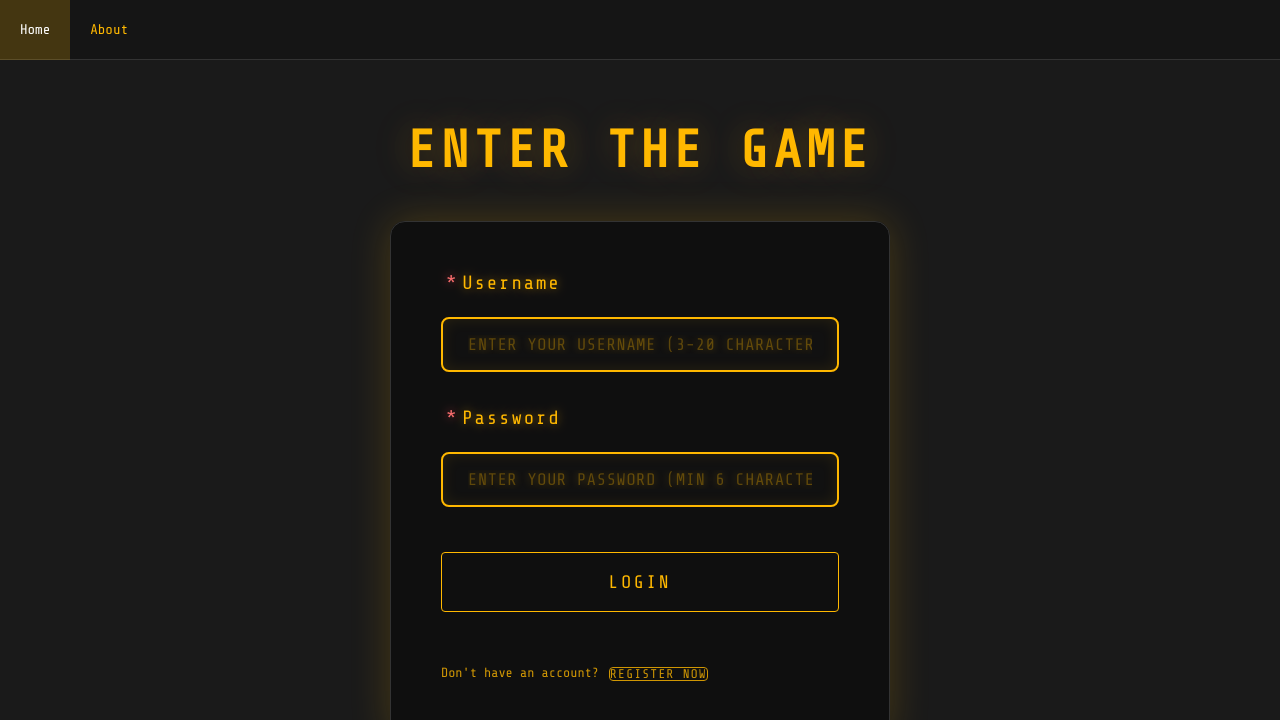
Repository: qqqq121114/se_417
Page: /login (app in client/)
These files come from the project's save history. The page is drawn as it stood at one moment and after the next save; the edit follows.
The browser window is 1280 px wide. The pictures show the whole page.
An inner scrolling area shows only its first screen. The project was rebuilt for these pictures with package versions that can differ from the ones it lists, and the page was loaded fresh each time. Also part of the build but not shown: client/vite.config.js, client/src/views/Home.vue.

Above is the page before, as saved 2024-12-08 13:56:14.

### client/src/main.js
import { createApp } from 'vue'
import { createPinia } from 'pinia'
import ElementPlus from 'element-plus'
import 'element-plus/dist/index.css'
import App from './App.vue'
import router from './router'

const app = createApp(App)

app.use(createPinia())
app.use(router)
app.use(ElementPlus)

app.mount('#app')

### client/src/App.vue
<template>
  <div id="app" class="cyber-theme">
    <el-container>
      <el-header>
        <el-menu mode="horizontal" router class="cyber-menu">
          <el-menu-item index="/">Home</el-menu-item>
          <el-menu-item index="/about">About</el-menu-item>
        </el-menu>
      </el-header>
      <el-main>
        <router-view></router-view>
      </el-main>
    </el-container>
  </div>
</template>

<script setup>
import { ElContainer, ElHeader, ElMain, ElMenu, ElMenuItem } from 'element-plus'
import 'element-plus/dist/index.css'
</script>

<style>
@import url('https://fonts.googleapis.com/css2?family=Share+Tech+Mono&display=swap');

/* 重置默认样式 */
* {
  margin: 0;
  padding: 0;
  box-sizing: border-box;
}

html, body {
  margin: 0;
  padding: 0;
  width: 100%;
  height: 100%;
  overflow-x: hidden;
  background-color: var(--cyber-bg);
}

:root {
  --cyber-bg: #1a1a1a;
  --cyber-text: #FFB800;
  --cyber-glow: #FFB80033;
  --cyber-border: #333333;
}

#app {
  font-family: 'Share Tech Mono', monospace;
  -webkit-font-smoothing: antialiased;
  -moz-osx-font-smoothing: grayscale;
  color: var(--cyber-text);
  background-color: var(--cyber-bg);
  min-height: 100vh;
  width: 100%;
  margin: 0;
  padding: 0;
}

.cyber-theme {
  background: var(--cyber-bg);
  min-height: 100vh;
  width: 100%;
}

.el-container {
  min-height: 100vh;
  margin: 0;
  padding: 0;
}

.el-header {
  padding: 0;
  background: rgba(0, 0, 0, 0.2);
  border-bottom: 1px solid var(--cyber-border);
  margin: 0;
}

.el-main {
  padding: 20px;
  background: var(--cyber-bg);
  margin: 0;
}

.cyber-menu {
  background: transparent !important;
  border: none !important;
  margin: 0;
  padding: 0;
}

.el-menu--horizontal > .el-menu-item {
  color: var(--cyber-text) !important;
  font-family: 'Share Tech Mono', monospace !important;
  border: none !important;
}

.el-menu--horizontal > .el-menu-item:hover,
.el-menu--horizontal > .el-menu-item:focus,
.el-menu--horizontal > .el-menu-item.is-active {
  color: #fff !important;
  background: var(--cyber-glow) !important;
  border: none !important;
}

/* 全局按钮样式 */
.el-button {
  background: transparent !important;
  border: 1px solid var(--cyber-text) !important;
  color: var(--cyber-text) !important;
  font-family: 'Share Tech Mono', monospace !important;
  transition: all 0.3s ease;
}

.el-button:hover {
  background: var(--cyber-glow) !important;
  color: #fff !important;
  box-shadow: 0 0 10px var(--cyber-glow);
}

/* 卡片样式 */
.el-card {
  background: rgba(0, 0, 0, 0.2) !important;
  border: 1px solid var(--cyber-border) !important;
  backdrop-filter: blur(5px);
}

.el-card__header {
  border-bottom: 1px solid var(--cyber-border) !important;
}
</style>

### client/src/router/index.js
import { createRouter, createWebHistory } from 'vue-router'
import Home from '../views/Home.vue'

const routes = [
  {
    path: '/',
    name: 'Home',
    component: Home
  },
  {
    path: '/about',
    name: 'About',
    component: () => import('../views/About.vue')
  },
  {
    path: '/register',
    name: 'Register',
    component: () => import('../views/Register.vue')
  },
  {
    path: '/login',
    name: 'Login',
    component: () => import('../views/Login.vue'),
    props: route => ({ key: Date.now() })
  }
]

const router = createRouter({
  history: createWebHistory(),
  routes
})

export default router

### client/src/views/Login.vue
<template>
  <div class="login">
    <h1 class="cyber-title">Enter The Game</h1>
    <div class="login-form">
      <el-form
        :model="form"
        :rules="rules"
        ref="formRef"
        label-position="top"
        status-icon
      >
        <el-form-item prop="username" label="Username">
          <el-input
            v-model="form.username"
            placeholder="Enter your username (3-20 characters)"
            class="cyber-input"
          ></el-input>
        </el-form-item>
        <el-form-item prop="password" label="Password" class="password-item">
          <el-input
            v-model="form.password"
            type="password"
            placeholder="Enter your password (min 6 characters)"
            show-password
            class="cyber-input"
          ></el-input>
        </el-form-item>
        <el-form-item class="button-item">
          <el-button class="cyber-button" type="primary" @click="submitForm">Login</el-button>
          <div class="form-footer">
            <span>Don't have an account?</span>
            <el-button
              class="register-link"
              type="text"
              @click="$router.push('/register')"
            >
              Register Now
            </el-button>
          </div>
        </el-form-item>
      </el-form>
    </div>
  </div>
</template>

<script setup>
import { ref, reactive } from 'vue'
import { ElMessage } from 'element-plus'
import axios from 'axios'
import { useRouter } from 'vue-router'

const router = useRouter()
const formRef = ref(null)

// 表单数据
const form = reactive({
  username: '',
  password: ''
})

// 验证规则
const rules = {
  username: [
    { required: true, message: 'Please enter your username', trigger: 'blur' },
    { min: 3, max: 20, message: 'Length should be 3 to 20 characters', trigger: 'blur' }
  ],
  password: [
    { required: true, message: 'Please enter your password', trigger: 'blur' },
    { min: 6, message: 'Password must be at least 6 characters', trigger: 'blur' }
  ]
}

// 提交表单
const submitForm = async () => {
  if (!formRef.value) return

  try {
    console.log('Starting form validation...')
    await formRef.value.validate()
    console.log('Form validation passed')

    // 发送登录请求
    console.log('Sending login request...')
    const response = await axios.post('http://localhost:3000/api/users/login', {
      username: form.username,
      password: form.password
    })

    console.log('Login successful:', response.data)
    ElMessage.success('Login successful!')

    // 登录成功后跳转到首页
    setTimeout(() => {
      router.push('/')
    }, 1500)
  } catch (error) {
    console.error('Full error object:', error)

    if (error.response) {
      // 服务器返回的错误信息
      console.error('Server error:', error.response.data)
      ElMessage.error(error.response.data.message || 'Login failed')
    } else if (error.message) {
      // 表单验证错误
      console.error('Validation error:', error.message)
      ElMessage.error(error.message)
    } else {
      console.error('Unknown error:', error)
      ElMessage.error('Login failed')
    }
  }
}
</script>

<style scoped>
.login {
  display: flex;
  flex-direction: column;
  align-items: center;
  padding: 40px 20px;
  min-height: calc(100vh - 60px);
}

.cyber-title {
  font-size: 4vw;
  width: 60vw;
  color: var(--cyber-text);
  text-transform: uppercase;
  letter-spacing: 0.1em;
  margin-bottom: 40px;
  text-shadow: 0 0 20px var(--cyber-glow);
  animation: breathe 3s ease-in-out infinite;
  user-select: none;
  text-align: center;
  line-height: 1.2;
  white-space: normal;
  word-wrap: break-word;
  padding: 0 20px;
}

.login-form {
  width: 100%;
  max-width: 500px;
  background: rgba(0, 0, 0, 0.4);
  padding: 50px;
  border-radius: 15px;
  border: 1px solid var(--cyber-border);
  box-shadow: 0 0 30px rgba(255, 184, 0, 0.15);
  backdrop-filter: blur(10px);
  animation: formGlow 4s ease-in-out infinite;
}

.el-form-item {
  margin-bottom: 35px;
}

.password-item {
  margin-bottom: 45px;
}

:deep(.el-form-item__label) {
  color: #ffb800 !important;
  font-family: 'Share Tech Mono', monospace;
  font-size: 1.2em;
  padding-bottom: 15px;
  text-shadow: 0 0 10px rgba(255, 184, 0, 0.5);
  text-transform: capitalize;
  letter-spacing: 0.1em;
  margin-left: 5px;
}

:deep(.el-form-item__label::before) {
  content: '*';
  color: #ff4757;
  margin-right: 4px;
  text-shadow: 0 0 10px rgba(255, 71, 87, 0.6);
}

:deep(.el-input__wrapper) {
  background: transparent !important;
  box-shadow: none !important;
  padding: 0 !important;
  border: none !important;
}

:deep(.el-input__inner) {
  background: rgba(18, 18, 18, 0.95) !important;
  border: 2px solid var(--cyber-text) !important;
  color: #ffb800 !important;
  font-family: 'Share Tech Mono', monospace;
  height: 55px;
  padding: 0 25px !important;
  font-size: 1.2em;
  letter-spacing: 0.05em;
  transition: all 0.3s ease;
  border-radius: 8px;
  caret-color: #ffb800;
  text-shadow: 0 0 10px rgba(255, 184, 0, 0.3);
  box-shadow: inset 0 0 15px rgba(255, 184, 0, 0.1);
}

:deep(.el-input__inner::placeholder) {
  color: rgba(255, 184, 0, 0.3) !important;
  font-family: 'Share Tech Mono', monospace;
  letter-spacing: 0.05em;
  text-transform: uppercase;
}

:deep(.el-input__inner:hover) {
  border-color: #ffb800 !important;
  box-shadow: inset 0 0 20px rgba(255, 184, 0, 0.2),
              0 0 15px rgba(255, 184, 0, 0.3) !important;
  background: rgba(28, 28, 28, 0.95) !important;
}

:deep(.el-input__inner:focus) {
  border-color: #ffb800 !important;
  box-shadow: inset 0 0 25px rgba(255, 184, 0, 0.3),
              0 0 25px rgba(255, 184, 0, 0.4) !important;
  background: rgba(22, 22, 22, 0.95) !important;
  animation: inputPulse 1.5s infinite;
}

@keyframes inputPulse {
  0% {
    box-shadow: inset 0 0 25px rgba(255, 184, 0, 0.2),
                0 0 25px rgba(255, 184, 0, 0.3);
  }
  50% {
    box-shadow: inset 0 0 35px rgba(255, 184, 0, 0.3),
                0 0 35px rgba(255, 184, 0, 0.4);
  }
  100% {
    box-shadow: inset 0 0 25px rgba(255, 184, 0, 0.2),
                0 0 25px rgba(255, 184, 0, 0.3);
  }
}

:deep(.el-input__suffix) {
  right: 15px !important;
}

:deep(.el-input__suffix-inner) {
  color: var(--cyber-text) !important;
  opacity: 0.8;
  transition: all 0.3s ease;
}

:deep(.el-input__suffix-inner:hover) {
  opacity: 1;
  text-shadow: 0 0 10px var(--cyber-glow);
}

:deep(.el-input.is-focus .el-input__wrapper) {
  box-shadow: none !important;
}

:deep(.el-form-item.is-error .el-input__inner) {
  border-color: #ff4757 !important;
  box-shadow: 0 0 15px rgba(255, 71, 87, 0.4) !important;
  animation: errorPulse 1.5s infinite;
}

@keyframes errorPulse {
  0% {
    box-shadow: 0 0 15px rgba(255, 71, 87, 0.4);
  }
  50% {
    box-shadow: 0 0 25px rgba(255, 71, 87, 0.6);
  }
  100% {
    box-shadow: 0 0 15px rgba(255, 71, 87, 0.4);
  }
}

.button-item {
  margin-top: 20px;
  margin-bottom: 0;
}

.cyber-button {
  width: 100%;
  height: 60px;
  font-size: 1.3em;
  letter-spacing: 0.15em;
  margin-bottom: 25px;
  background: transparent !important;
  border: 1px solid var(--cyber-text) !important;
  color: var(--cyber-text) !important;
  font-family: 'Share Tech Mono', monospace;
  transition: all 0.3s ease;
  text-transform: uppercase;
  border-radius: 4px;
  position: relative;
  overflow: hidden;
}

.cyber-button:hover {
  background: var(--cyber-text) !important;
  color: #1a1a1a !important;
  box-shadow: 0 0 30px var(--cyber-glow);
  transform: translateY(-2px);
}

.cyber-button::after {
  content: '';
  position: absolute;
  top: -50%;
  left: -50%;
  width: 200%;
  height: 200%;
  background: linear-gradient(
    to bottom right,
    rgba(255, 184, 0, 0.1),
    transparent,
    transparent
  );
  transform: rotate(45deg);
  animation: shine 3s infinite;
}

@keyframes shine {
  0% {
    transform: translateX(-100%) rotate(45deg);
  }
  100% {
    transform: translateX(100%) rotate(45deg);
  }
}

.form-footer {
  margin-top: 20px;
  text-align: center;
  color: var(--cyber-text);
  font-family: 'Share Tech Mono', monospace;
  font-size: 0.95em;
  opacity: 0.8;
}

.register-link {
  color: var(--cyber-text) !important;
  margin-left: 10px;
  font-family: 'Share Tech Mono', monospace;
  text-transform: uppercase;
  letter-spacing: 0.1em;
  font-size: 0.95em !important;
  padding: 0 !important;
  height: auto !important;
}

.register-link:hover {
  text-shadow: 0 0 10px var(--cyber-glow);
  opacity: 1;
}

:deep(.el-form-item__error) {
  color: #ff4757 !important;
  font-family: 'Share Tech Mono', monospace;
  font-size: 0.9em;
  margin-top: 8px;
  text-shadow: 0 0 8px rgba(255, 71, 87, 0.4);
}

@keyframes breathe {
  0% {
    text-shadow: 0 0 20px var(--cyber-glow);
    transform: scale(1);
  }
  50% {
    text-shadow: 0 0 40px var(--cyber-glow), 0 0 60px var(--cyber-glow);
    transform: scale(1.02);
  }
  100% {
    text-shadow: 0 0 20px var(--cyber-glow);
    transform: scale(1);
  }
}

@keyframes formGlow {
  0% {
    box-shadow: 0 0 30px rgba(255, 184, 0, 0.15);
  }
  50% {
    box-shadow: 0 0 50px rgba(255, 184, 0, 0.25);
  }
  100% {
    box-shadow: 0 0 30px rgba(255, 184, 0, 0.15);
  }
}

/* 响应式设计 */
@media (max-width: 768px) {
  .cyber-title {
    font-size: 8vw;
    width: 90vw;
  }

  .login-form {
    padding: 30px;
    margin: 0 15px;
  }

  .label-text {
    font-size: 1em;
  }

  :deep(.el-input__inner) {
    height: 50px;
    font-size: 1.1em;
  }

  .cyber-button {
    height: 55px;
  }

  .form-footer {
    font-size: 0.75em;
  }

  .register-link {
    font-size: 0.75em !important;
  }
}
</style>

Loaded but not shown: client/index.html (common file)

After the next save:
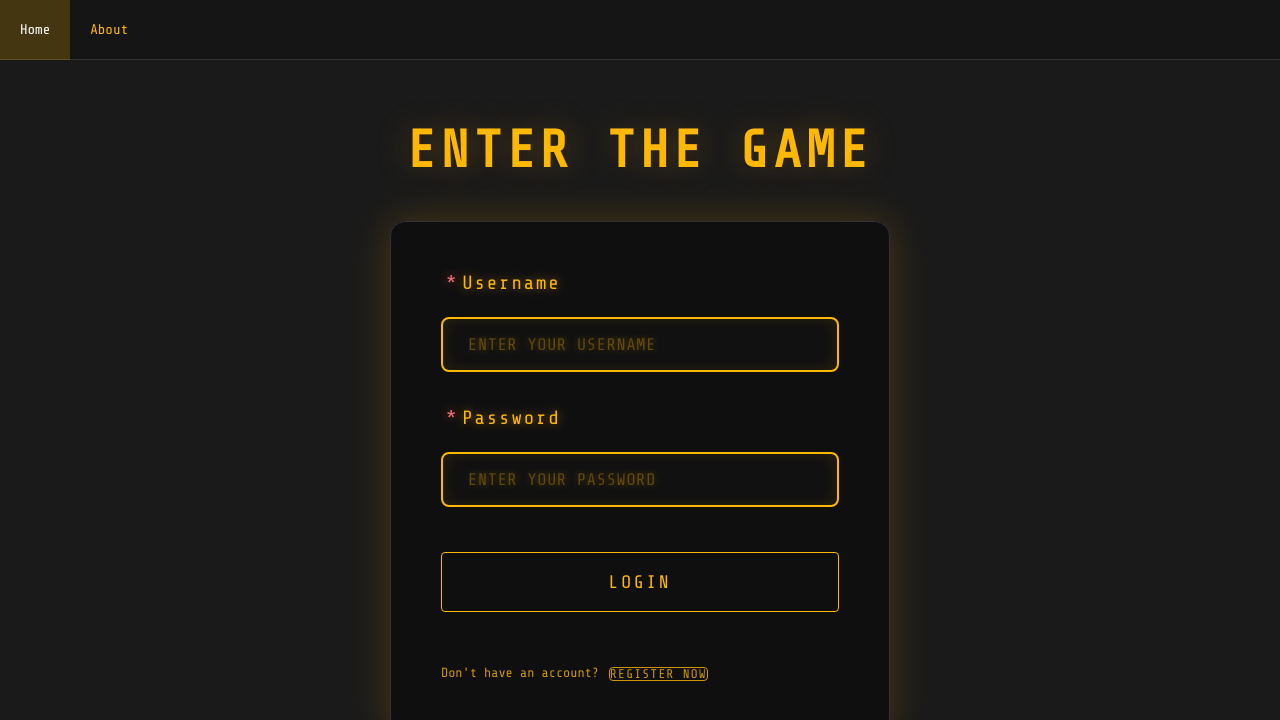
Saved 41 s later.
--- a/client/src/views/Login.vue
+++ b/client/src/views/Login.vue
@@ -12,7 +12,7 @@
         <el-form-item prop="username" label="Username">
           <el-input
             v-model="form.username"
-            placeholder="Enter your username (3-20 characters)"
+            placeholder="Enter your username"
             class="cyber-input"
           ></el-input>
         </el-form-item>
@@ -20,7 +20,7 @@
           <el-input
             v-model="form.password"
             type="password"
-            placeholder="Enter your password (min 6 characters)"
+            placeholder="Enter your password"
             show-password
             class="cyber-input"
           ></el-input>
